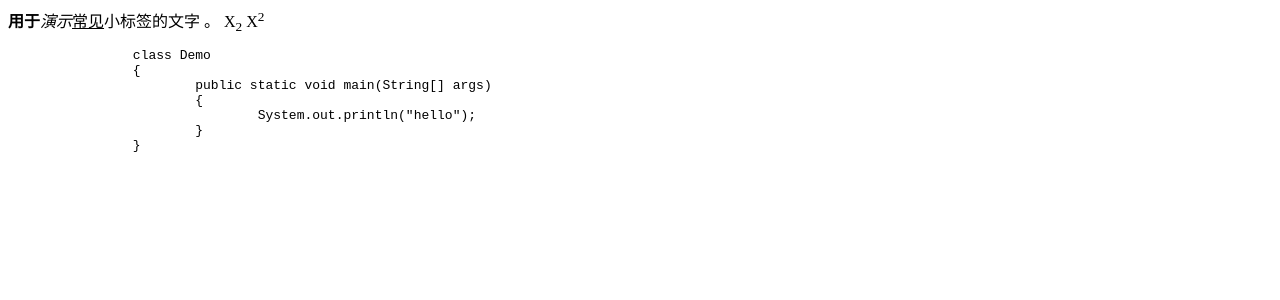
Repository: tangchengjingwen/javaLearningCode
Page: javaLearningCode/day30_html/other.html
An editor plug-in stored every save of this project. The page is shown before and after the next save, followed by the edit.
The browser window is 1280 px wide. The pictures show the whole page.

Above is the page before, as saved 2012-05-14 01:40:08.

After the next save:
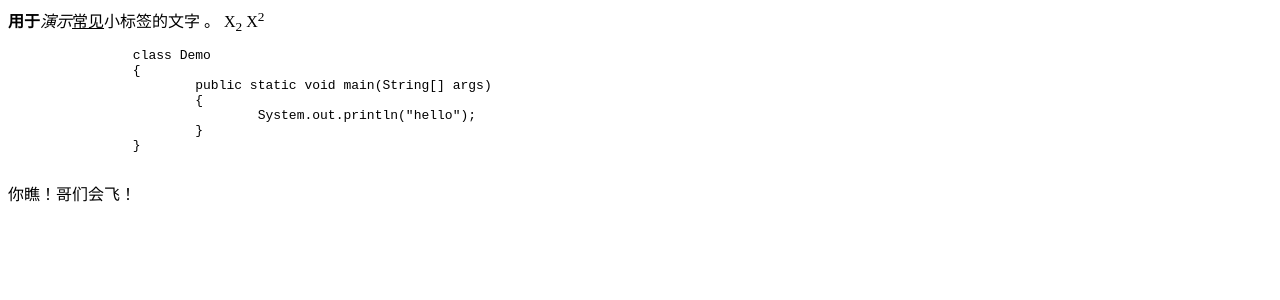
Saved 28 s later.
--- a/javaLearningCode/day30_html/other.html
+++ b/javaLearningCode/day30_html/other.html
@@ -21,6 +21,6 @@
 		}
 		</pre>
 
-		<marquee>你瞧！哥们会飞！</marquee>
+		<marquee behavior="alternate" direction="down">你瞧！哥们会飞！</marquee>
     </body>
 </html>

After the save that followed:
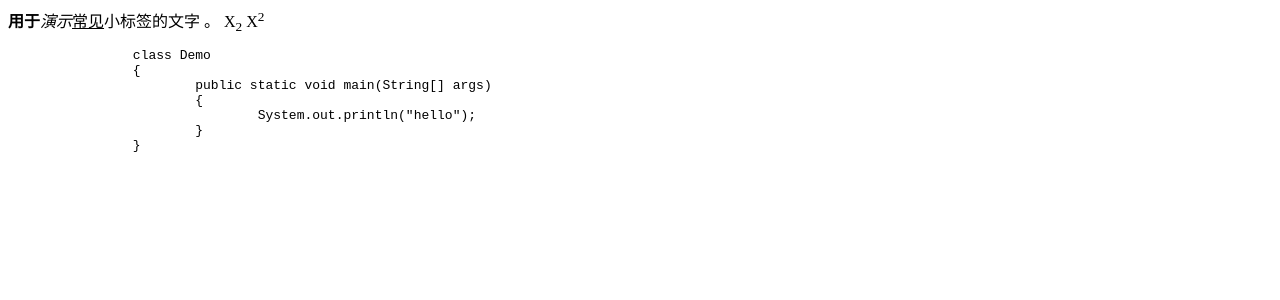
Saved 22 s later.
--- a/javaLearningCode/day30_html/other.html
+++ b/javaLearningCode/day30_html/other.html
@@ -21,6 +21,6 @@
 		}
 		</pre>
 
-		<marquee behavior="alternate" direction="down">你瞧！哥们会飞！</marquee>
+		<marquee behavior="scroll" direction="down">你瞧！哥们会飞！</marquee>
     </body>
 </html>
